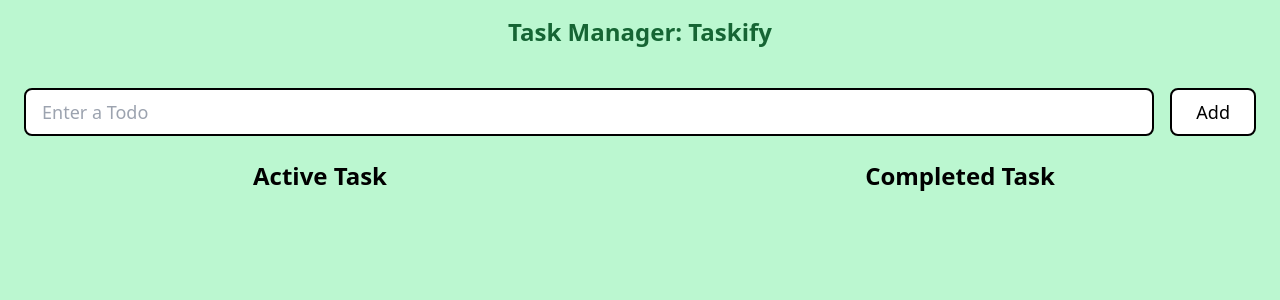
Repository: Dineshbhandari2023/Todo
Page: /
These files come from the project's save history. The page is drawn as it stood at one moment and after the next save; the edit follows.
The browser window is 1280 px wide. The pictures show the whole page.
Some web fonts or font styles are not loaded; a fallback is used. The project was rebuilt for these pictures with package versions that can differ from the ones it lists, and the page was loaded fresh each time. Also part of the build but not shown: src/Components/SingleTodo.tsx.

Above is the page before, as saved 2025-06-19 22:00:56.

After the next save:
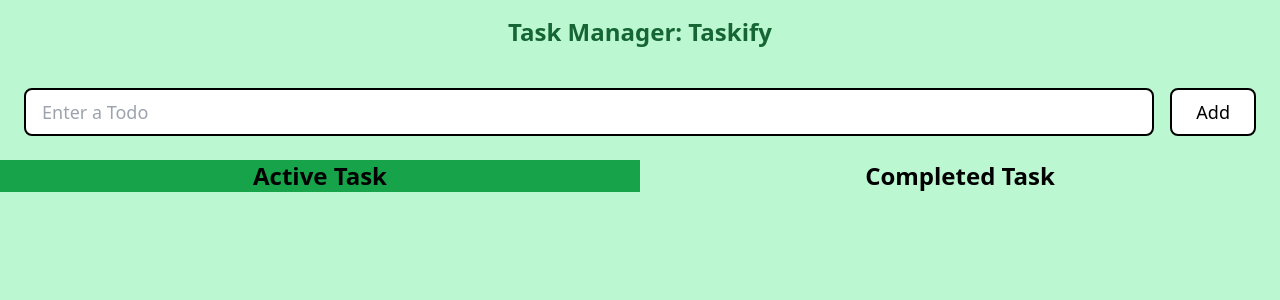
Saved 45 s later.
--- a/src/Components/TodoList.tsx
+++ b/src/Components/TodoList.tsx
@@ -10,7 +10,7 @@ interface Props {
 const TodoList = ({ todos, setTodos }: Props) => {
   return (
     <div className="flex justify-between">
-      <div className="w-2/4">
+      <div className="w-2/4 bg-green-600">
         <h1 className="text-center text-2xl font-extrabold">Active Task</h1>
         <div>
           {todos.map((todo) => (
